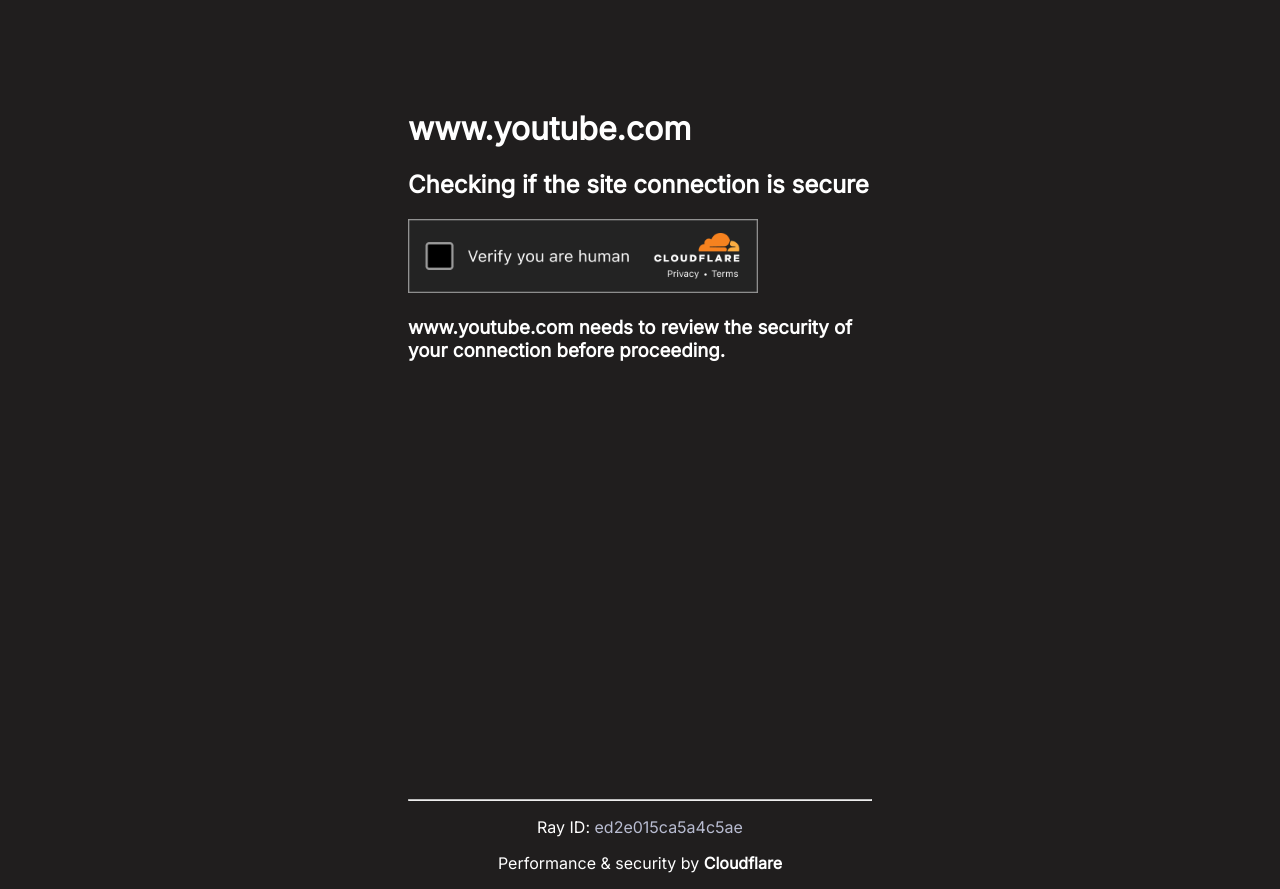
Repository: estech321/CAPTCHA-RickRoll
Page: index.html
The author's editor kept a copy of each file at every save. The page is drawn from the files as they stood at one save, then again after the next save.
The browser window is 1280 px wide. The pictures show the whole page.

Above is the page before, as saved 2023-12-29 23:59:07.

After the next save:
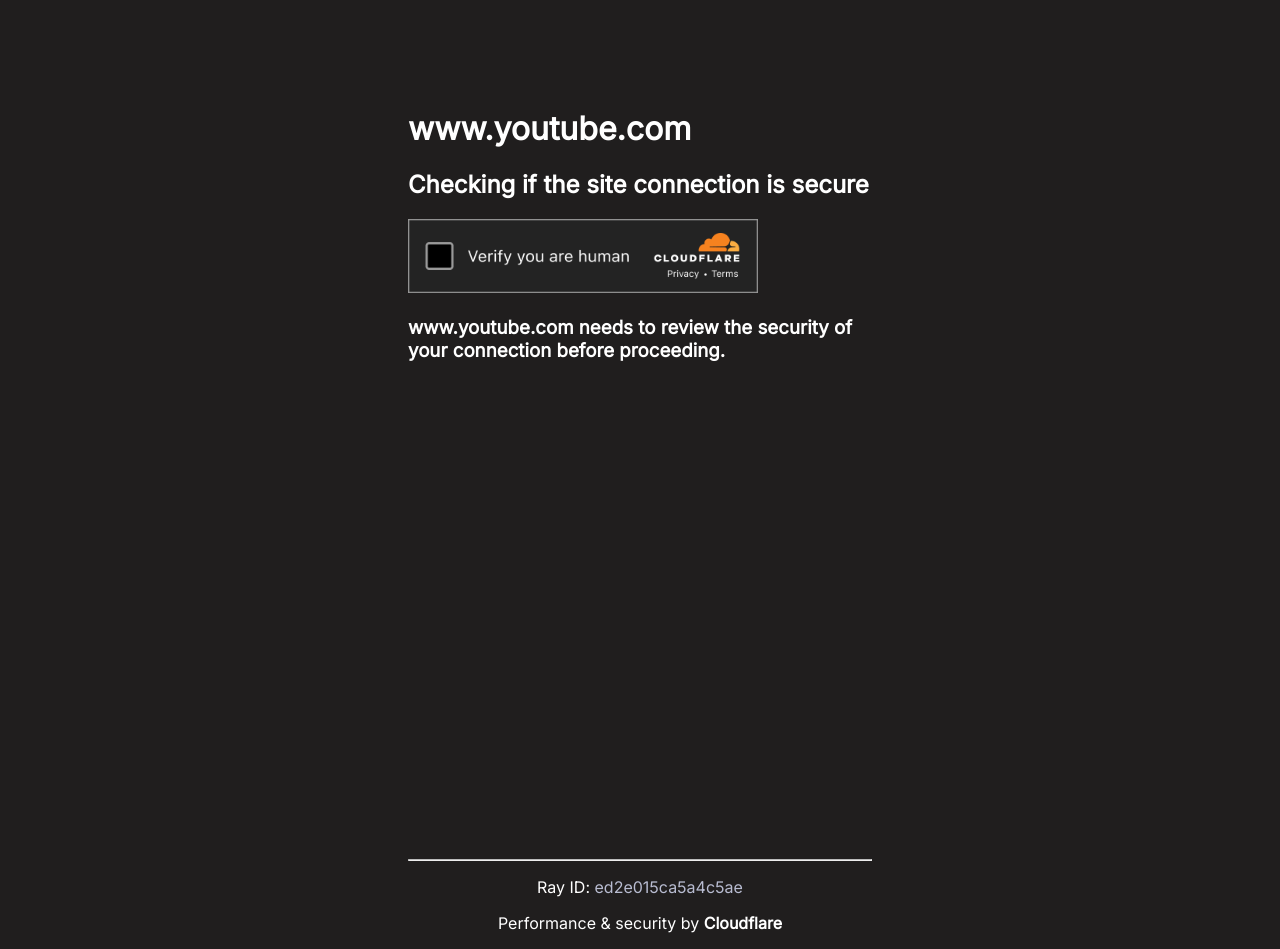
Saved 7 s later.
--- a/index.html
+++ b/index.html
@@ -39,7 +39,7 @@
     </main>
     <footer>
         <center>
-            <br><br><br><br><br><br><br><br><br><br><br><br><br><br><br><br><br><br>
+            <br><br><br><br><br><br><br><br><br><br><br><br><br><br><br><br><br><br><br><br><br>
             <hr class="solid">
             <p>Ray ID: <blue>ed2e015ca5a4c5ae</blue></p>
             <p>Performance & security by <strong>Cloudflare</strong></p>
